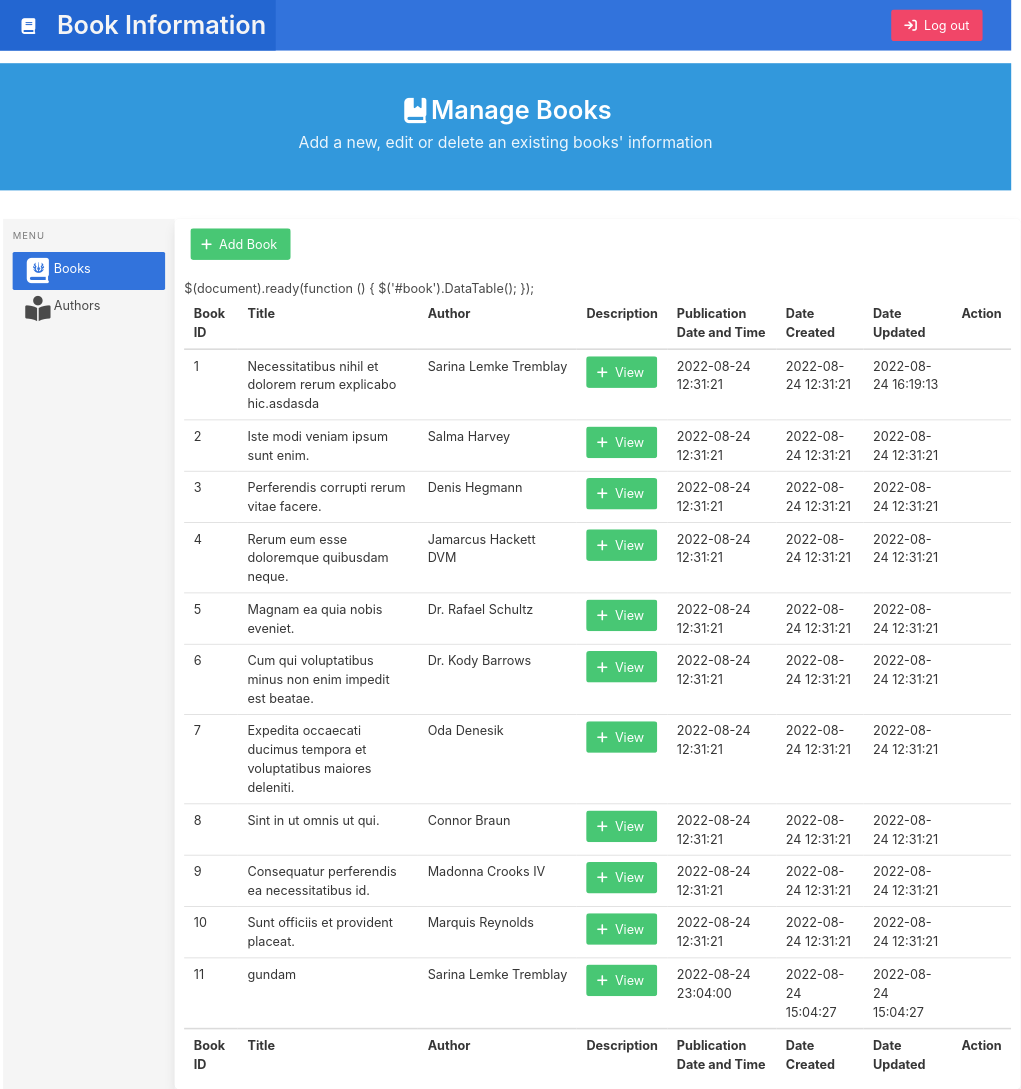
Repository: setsunafjustin00208/books_info_laravel_version
Page: http://localhost/appview/books
The author's editor kept a copy of each file at every save. The page is drawn from the files as they stood at one save, then again after a run of saves.
The browser window is 1280 px wide. The page is 1292 px wide, so the pictures cover 1292 px, including what lies to the right of the window. The pictures show the whole page, at 79% of full size.
The page is served by the project's Laravel application, run on PHP 8.4 with Laravel 9. The database holds what the project's SQL file puts in it.

Above is the page before, as saved 2022-08-25 06:57:09.
Console error: ReferenceError: jQuery is not defined

After the next 3 saves:
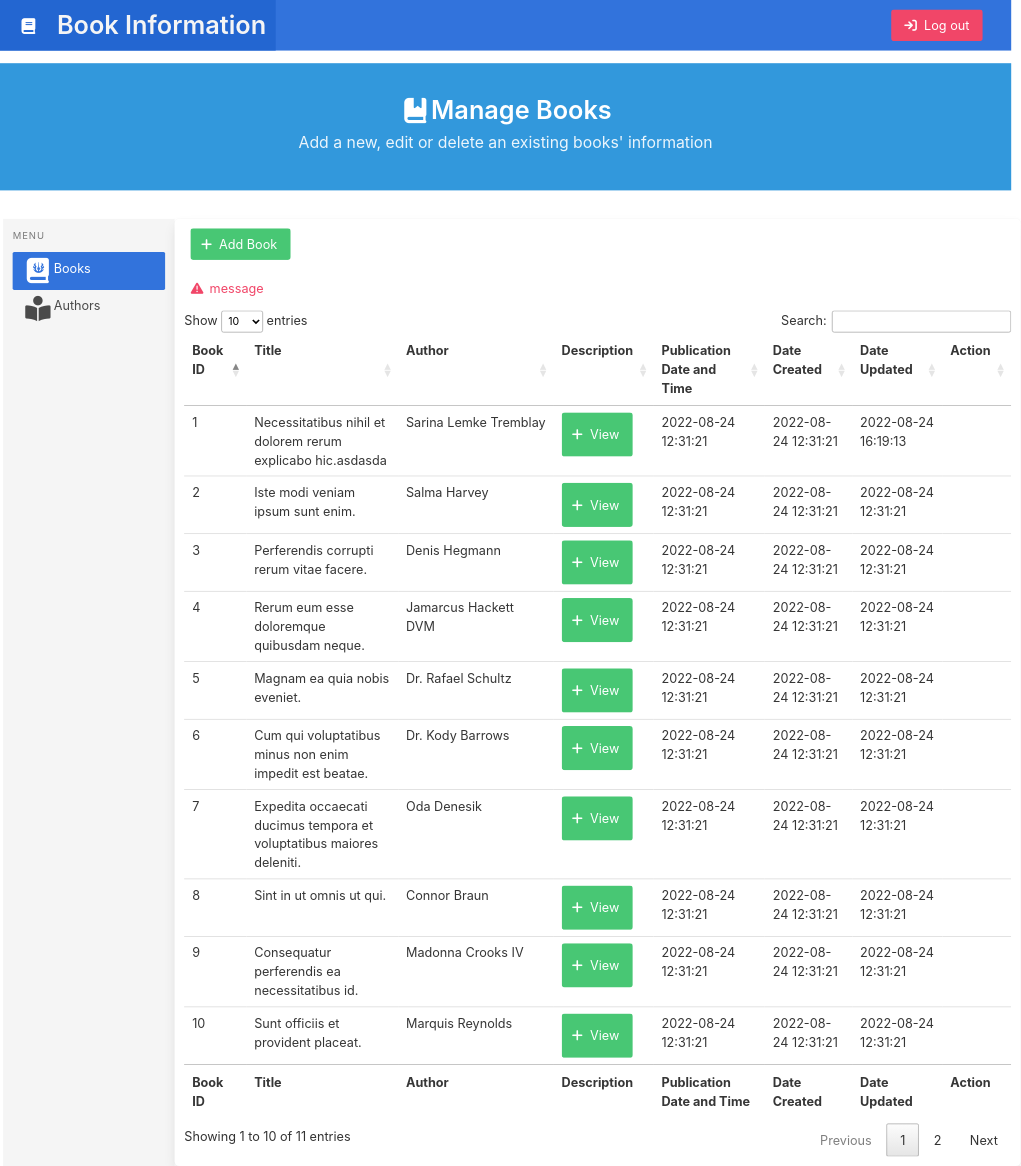
The 3 saves are shown as one change because they came seconds apart.
The last was saved 7 s later.
--- a/resources/views/appviews/books.blade.php
+++ b/resources/views/appviews/books.blade.php
@@ -105,7 +105,7 @@
                           </button>
                         </footer>
                         </x-add-modal>
-                        <x-flash-message
+                        <x-flash-message />
                     <x-tables>
 
                         <thead>
